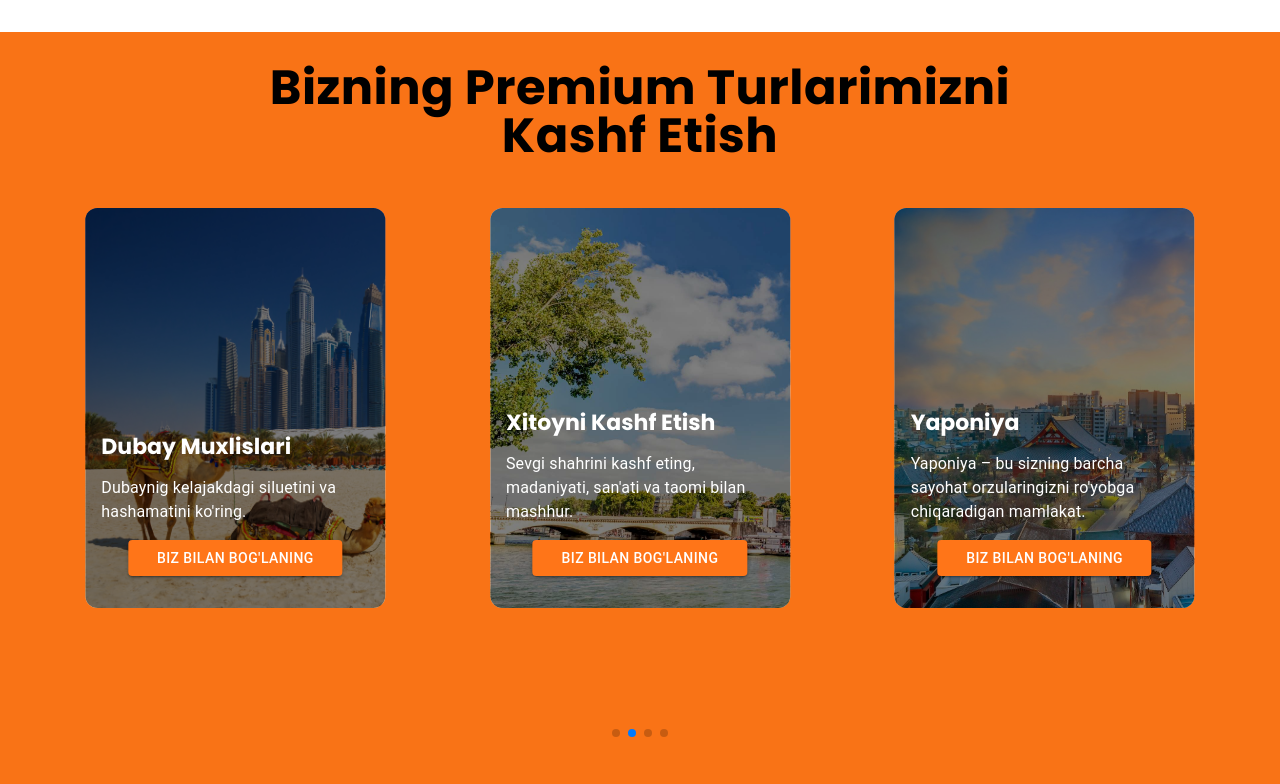
Repository: OgabekErkinov/i-am-tourist
Page: /
An editor plug-in stored every save of this project. The page is shown before and after the next save, followed by the edit.
The browser window is 1280 px wide. The pictures show the whole page.
The project was rebuilt for these pictures with package versions that can differ from the ones it lists, and the page was loaded fresh each time. Also part of the build but not shown: vite.config.js, src/components/navbar/LightDarkButton.jsx, src/I18/i18.js, src/components/navbar/languages/LanguageButton.jsx, src/components/navbar/NavbarItem.jsx, src/components/navbar/SocialNetworks.jsx, src/components/navbar/Logo.jsx, src/components/navbar/SectionsLinks.jsx and 7 more.

Above is the page before, as saved 2024-12-24 16:07:36.

### index.html
<!doctype html>
<html lang="en">
  <head>
    <meta charset="UTF-8" />
    <link rel="icon" type="image/svg+xml" href="https://www.ifly.com.uz/assets/logo-BPA5zOgc.png" />
    <meta name="viewport" content="width=device-width, initial-scale=1.0" />
    <link rel="preconnect" href="https://fonts.googleapis.com">
    <link rel="preconnect" href="https://fonts.gstatic.com" crossorigin>
    <link href="https://fonts.googleapis.com/css2?family=Poppins:ital,wght@0,100;0,200;0,300;0,400;0,500;0,600;0,700;0,800;0,900;1,100;1,200;1,300;1,400;1,500;1,600;1,700;1,800;1,900&display=swap" rel="stylesheet">
    <title>iFLY.com</title>
  </head>
  <body>
    <div id="root"></div>
    <script type="module" src="/src/main.jsx"></script>
  </body>
</html>

### src/index.css
/* Universal Reset */
* {
  margin: 0;
  padding: 0;
  box-sizing: border-box;
}


/* Root Container */
#root {
  max-width: 1900px;
  margin: 0 auto;
  display: flex;
  flex-direction: column;
  align-items: center;
  justify-content: center;
  font-family: 'Poppins';
  box-sizing: border-box;
}

### src/App.jsx
import { Stack } from "@mui/material"
import Header from "./components/header/Header"
import Main from "./components/main/Main"

function App() {


  return (
    <Stack width='100%'
           height='auto'
           alignItems='center'
           gap='1rem'>
        <Header/>
        <Main/>
    </Stack>



  )
}

export default App

### src/components/header/Header.jsx
import { Box, Stack } from '@mui/material';
import Navbar from '../navbar/Navbar';
import Slider from './Slider';
import React from 'react';
import Cards from '../cards/Cards';

const Header = () => {
  return (
    <Stack height="auto"
           width='100%'
           gap="2rem"
           marginBottom='1rem'
           boxSizing="border-box">
             <Stack width="100%"
                    height="auto"
                    alignItems='center'>
                         {/* <Box width="100%"
                              height="10vh"
                              bgcolor="transparent">
                        </Box> */}
                        {/* <Navbar /> */}
                        {/* <Slider /> */}
               </Stack>
               {/* <Cards /> */}
    </Stack>
  );
}

export default Header;

### src/components/main/Main.jsx
import { Stack } from '@mui/material'
import React from 'react'
import PremiumTours from '../premium/PremiumTours'
import TourPlaces from '../tourPlaces/TourPlaces'
import About from '../about/About'

const Main = () => {
  return (
    <Stack width={'100%'}
           height={'auto'}
           alignItems={'center'}
           gap='1rem'>
        <PremiumTours/>
        {/* <TourPlaces/> */}
        {/* <About/> */}

    </Stack>
  )
}

export default Main

### src/components/premium/PremiumTours.jsx
import React from 'react';
import { Stack, Typography, Box } from '@mui/material';
import 'swiper/css';
import 'swiper/css/effect-fade';
import 'swiper/css/pagination';
import 'swiper/css/autoplay';
import { Swiper, SwiperSlide } from 'swiper/react';
import { Navigation, Pagination, Scrollbar, Autoplay } from 'swiper/modules';
import { premiumToursServices } from '../../Database/db';
import PremiumItem from './PremiumItem';

const PremiumTours = () => {

  return (
    <Stack height={'auto'}
           width={'100%'}
           padding={'2rem 2rem'}
           bgcolor={'#F97316'}
           boxSizing={'border-box'} >
          <Stack height={'100%'}
                 width={'100%'}
                 justifyContent={'space-between'}
                 alignItems={'center'}
                 gap={'2rem'}>
              {/* Title */}
                <Typography fontFamily={'Poppins'}
                            width={'70%'}
                            fontSize={'48px'}
                            lineHeight={'48px'}
                            fontWeight={'bold'}
                            textAlign={'center'}
                            height={'auto'}
                            sx={{
                              '@media (max-width: 900px)': {
                               fontSize: '36px',
                               lineHeight: '40px',
                                },
                              '@media (max-width: 600px)': {
                                fontSize: '24px',
                                lineHeight: '28px',
                                },
                               }}>
                               Bizning Premium Turlarimizni Kashf Etish
                 </Typography>
            {/* Slider */}
                 <Box display={'flex'}
                      alignItems={'center'}
                      justifyContent={'center'}
                      height={'35rem'}
                      width={'100%'}>
                      <Swiper
                          modules={[Navigation, Pagination, Scrollbar, Autoplay]}
                          autoplay={{ delay: 2500, disableOnInteraction: false }}
                          navigation
                          pagination={{ clickable: false }}
                          scrollbar={{ draggable: true }}
                          loop={true}
                          style={{
                               width: '100%',
                               height: '100%',
                               padding : '1rem',
                               display : 'flex',
                               justifyContent : 'center',
                               alignItems : 'center' }}
                          breakpoints={{
                               524: {
                                  slidesPerView: 1,
                                  spaceBetween: 10 },
                               765: {
                                  slidesPerView: 2,
                                  spaceBetween: 20 },
                              1200: {
                                  slidesPerView: 3,
                                  spaceBetween: 30 } }}>
                          {
                           premiumToursServices?.map((tour, idx) => {
                                  return (
                                         <SwiperSlide key={idx}>
                                                 <PremiumItem tour={tour} />
                                           </SwiperSlide>
                                          );  })
                           }
                       </Swiper>
                  </Box>
            </Stack>
    </Stack>
  );
};

export default PremiumTours;

### src/Database/db.js
export const social_medias = [
    {
        id : 1,
        name : 'facebook',
        link : 'https://www.facebook.com',
        pathD : 'M279.14 288l14.22-92.66h-88.91v-60.13c0-25.35 12.42-50.06 52.24-50.06h40.42V6.26S260.43 0 225.36 0c-73.22 0-121.08 44.38-121.08 124.72v70.62H22.89V288h81.39v224h100.17V288z'
    },
    {
        id : 2,
        name : 'twitter',
        url : 'https://www.twitter.com',
        pathD : 'M419.37 151.716c.325 4.548.325 9.097.325 13.645 0 138.72-105.583 298.558-298.558 298.558-59.452 0-114.68-17.219-161.137-47.106 8.447.974 16.568 1.299 25.34 1.299 49.055 0 94.213-16.568 130.274-44.832-46.132-.975-84.792-31.188-98.112-72.772 6.498.974 12.995 1.624 19.818 1.624 9.421 0 18.843-1.3 27.614-3.573-48.081-9.747-84.143-51.98-84.143-102.985v-1.299c13.969 7.797 30.214 12.67 47.431 13.319-28.264-18.843-46.781-51.005-46.781-87.391 0-19.492 5.197-37.36 14.294-52.954 51.655 63.675 129.3 105.258 216.365 109.807-1.624-7.797-2.599-15.918-2.599-24.04 0-57.828 46.782-104.934 104.934-104.934 30.213 0 57.502 12.67 76.67 33.137 23.715-4.548 46.456-13.32 66.599-25.34-7.798 24.366-24.366 44.833-46.132 57.827 21.117-2.273 41.584-8.122 60.426-16.243-14.292 20.791-32.161 39.308-52.628 54.253z'
    },
    {
        id : 3,
        name : 'instagram',
        url : 'https://www.instagram.com/ifly.com.uz',
        pathD : 'M224.1 141c-63.6 0-114.9 51.3-114.9 114.9s51.3 114.9 114.9 114.9S339 319.5 339 255.9 287.7 141 224.1 141zm0 189.6c-41.1 0-74.7-33.5-74.7-74.7s33.5-74.7 74.7-74.7 74.7 33.5 74.7 74.7-33.6 74.7-74.7 74.7zm146.4-194.3c0 14.9-12 26.8-26.8 26.8-14.9 0-26.8-12-26.8-26.8s12-26.8 26.8-26.8 26.8 12 26.8 26.8zm76.1 27.2c-1.7-35.9-9.9-67.7-36.2-93.9-26.2-26.2-58-34.4-93.9-36.2-37-2.1-147.9-2.1-184.9 0-35.8 1.7-67.6 9.9-93.9 36.1s-34.4 58-36.2 93.9c-2.1 37-2.1 147.9 0 184.9 1.7 35.9 9.9 67.7 36.2 93.9s58 34.4 93.9 36.2c37 2.1 147.9 2.1 184.9 0 35.9-1.7 67.7-9.9 93.9-36.2 26.2-26.2 34.4-58 36.2-93.9 2.1-37 2.1-147.8 0-184.8zM398.8 388c-7.8 19.6-22.9 34.7-42.6 42.6-29.5 11.7-99.5 9-132.1 9s-102.7 2.6-132.1-9c-19.6-7.8-34.7-22.9-42.6-42.6-11.7-29.5-9-99.5-9-132.1s-2.6-102.7 9-132.1c7.8-19.6 22.9-34.7 42.6-42.6 29.5-11.7 99.5-9 132.1-9s102.7-2.6 132.1 9c19.6 7.8 34.7 22.9 42.6 42.6 11.7 29.5 9 99.5 9 132.1s2.7 102.7-9 132.1z'
    },
    {
        id : 4,
        name : 'linkedIn',
        url : 'https://www.linkedin.com',
        pathD : 'M100.28 448H7.4V148.9h92.88zM53.79 108.1C24.09 108.1 0 83.5 0 53.8a53.79 53.79 0 0 1 107.58 0c0 29.7-24.1 54.3-53.79 54.3zM447.9 448h-92.68V302.4c0-34.7-.7-79.2-48.29-79.2-48.29 0-55.69 37.7-55.69 76.7V448h-92.78V148.9h89.08v40.8h1.3c12.4-23.5 42.69-48.3 87.88-48.3 94 0 111.28 61.9 111.28 142.3V448z'
    },
    {
        id : 5,
        name : 'youtube',
        url : 'https://www.youtube.com',
        pathD : 'M549.655 124.083c-6.281-23.65-24.787-42.276-48.284-48.597C458.781 64 288 64 288 64S117.22 64 74.629 75.486c-23.497 6.322-42.003 24.947-48.284 48.597-11.412 42.867-11.412 132.305-11.412 132.305s0 89.438 11.412 132.305c6.281 23.65 24.787 41.5 48.284 47.821C117.22 448 288 448 288 448s170.78 0 213.371-11.486c23.497-6.321 42.003-24.171 48.284-47.821 11.412-42.867 11.412-132.305 11.412-132.305s0-89.438-11.412-132.305zm-317.51 213.508V175.185l142.739 81.205-142.739 81.201z'
    }
]

export const navLinks = [
    {
        id : 6,
        name : 'Excursions',
        link : '#excursions'
    },
    {
        id : 7,
        name : 'City',
        link : '#city'
    },
    {
        id : 8,
        name : 'About',
        link : '#about'
    },
    {
        id : 9,
        name : 'Contact',
        link : '#contact'
    }
]

export const SliderItems = [
    {
        url : '/malakali.jpg',
        heading : 'Malakali shahar',
        paragraph : "Dunyoning ko'ngilochar poytaxtiga sho'ng'ing."
    },
    {
        url : '/turkiya.jpg',
        heading : 'Sehrli Turkiya',
        paragraph : "Turkiyaning boy tarixi va ajoyib manzaralarini o'rganing."
    },
    {
        url : '/orol.jpg',
        heading : 'Orol chekinishi',
        paragraph : 'Ajoyib orol landshaftlari orasida tinchlikni his eting.'
    },
    {
        url : '/yaponiya.jpg',
        heading : 'Yaponiya',
        paragraph : "Zamonaviy hayot va qadimiy an'analar mamlakati"
    },
    {
        url : '/dubai.jpg',
        heading : "Dubayni kashf eting",
        paragraph : "Birlashgan Arab Amirliklarida hashamat, innovatsiyalar va sarguzashtlarni kashf eting."

    },
    {
        url : '/xitoyni.jpg',
        heading : 'Xitoyni kashf qiling',
        paragraph : "Xitoy: qadimgi tarix, Buyuk devor, innovatsiyalar, jonli madaniyat."
    },
    {
        url : '/tailand.jpg',
        heading : 'Tropik Tailand',
        paragraph : "Chiroyli plyajlarda dam oling va mazali taomlarni tatib ko'ring."
    }
]

export const addBanners = [
    {
        heading : 'Ajoyib plyaj',
        paragraph : 'Zamonaviy plyajlarni kashf eting va quyosh ostida dam oling.'
    },
    {
        heading : "Tog' sarguzashtlari",
        paragraph : "Qiziqarli tog' sayohatiga chiqing va tabiatni o'rganing."
    },
    {
        heading : 'Shahar sayohatlari',
        paragraph : "Qiziqarli tog' sayohatiga chiqing va tabiatni o'rganing."
    }
]

export const languages = [
    {
        lang : "o'zbek",
        flag : '/uzbekistan.png',
        translator : 'uz'
    },
    {
        lang : 'english',
        flag : '/united-states.png',
        translator : 'en'
    },
    {
        lang : 'русский',
        flag : '/russia.png',
        translator : 'ru'
    }
]

export const premiumToursServices = [
    {
        title : 'Tokio Sarguzashtlari',
        paragraph : "Yaponiya yuragida an'ana va texnologiyaning uyg'unligini his eting.",
        image : '/tokioprem.jpg'
    },
    {
        title : 'Dubay Muxlislari',
        paragraph : "Dubaynig kelajakdagi siluetini va hashamatini ko'ring.",
        image : '/dubaipremium.jpg'
    },
    {
        title : 'Xitoyni Kashf Etish',
        paragraph : "Sevgi shahrini kashf eting, madaniyati, san'ati va taomi bilan mashhur.",
        image : '/xitoyprem.jpg'
    },
    {
        title : 'Yaponiya',
        paragraph : "Yaponiya – bu sizning barcha sayohat orzularingizni ro'yobga chiqaradigan mamlakat.",
        image : '/xitoypremium.jpg'
    }
]

export const tourPlaces = [
    {
        image : '/yaponiya.jpg',
        title : 'Tokio, Yaponiya',
        paragraph : "Tokio Yaponiya poytaxti bo'lib, an'anaviy binolarni zamonaviy osmono'parlar bilan birlashtirish."
    },
    {
        image : '/orol.jpg',
        title : 'Orol joyi',
        paragraph : "Shahar shovqinidan uzoqda, tabiatning ajoyib go'zalligida dam oling."
    },
    {
        image : '/dubai.jpg',
        title : 'Dubay, BAA',
        paragraph : "Dubayning hargi skylinesi va hashamatini guvohi boling."
    },
    {
        image : '/vetnam.jpg',
        title : 'Vetnam sarguzashti',
        paragraph : "Vetnamning go'zalligiga kirib boring, rang- barang guruch teraslari va noyob madaniyat bilan tanishing!"
    },
    {
        image : '/maldiv.jpg',
        title : 'Maldivlar',
        paragraph : "Oq qumli plyajlar va toza suvlar bilan tropik jannatda dam oling. Hashamatli kurortlar va ajoyib suv osti dunyosidan zavq oling!"
    },
    {
        image : '/tailand.jpg',
        title : 'Tropik Tailand',
        paragraph : "Tailand chiroyli orollari, ko'chada oziq-ovqat va boy madaniyat merosi bilan mashhur."
    },
    {
        image : '/turkiya.jpg',
        title : "Mo'jizaviy Turkiya",
        paragraph : "Turkiyaning boy tarixini va go'zal manzaralarini kashf eting."
    }
]

export const services = [
    {
        pathD : 'M480 192H365.71L260.61 8.06A16.014 16.014 0 0 0 246.71 0h-65.5c-10.63 0-18.3 10.17-15.38 20.39L214.86 192H112l-43.2-57.6c-3.02-4.03-7.77-6.4-12.8-6.4H16.01C5.6 128-2.04 137.78.49 147.88L32 256 .49 364.12C-2.04 374.22 5.6 384 16.01 384H56c5.04 0 9.78-2.37 12.8-6.4L112 320h102.86l-49.03 171.6c-2.92 10.22 4.75 20.4 15.38 20.4h65.5c5.74 0 11.04-3.08 13.89-8.06L365.71 320H480c35.35 0 96-28.65 96-64s-60.65-64-96-64z',
        title : 'Xalqaro Sayohat',
        paragraph : "Dunyodagi eng go'zal joylarga sayohatlarni tashkil etamiz.",
        color : 'blue'
    },
    {
        icon : 'M560 64c8.84 0 16-7.16 16-16V16c0-8.84-7.16-16-16-16H16C7.16 0 0 7.16 0 16v32c0 8.84 7.16 16 16 16h15.98v384H16c-8.84 0-16 7.16-16 16v32c0 8.84 7.16 16 16 16h240v-80c0-8.8 7.2-16 16-16h32c8.8 0 16 7.2 16 16v80h240c8.84 0 16-7.16 16-16v-32c0-8.84-7.16-16-16-16h-16V64h16zm-304 44.8c0-6.4 6.4-12.8 12.8-12.8h38.4c6.4 0 12.8 6.4 12.8 12.8v38.4c0 6.4-6.4 12.8-12.8 12.8h-38.4c-6.4 0-12.8-6.4-12.8-12.8v-38.4zm0 96c0-6.4 6.4-12.8 12.8-12.8h38.4c6.4 0 12.8 6.4 12.8 12.8v38.4c0 6.4-6.4 12.8-12.8 12.8h-38.4c-6.4 0-12.8-6.4-12.8-12.8v-38.4zm-128-96c0-6.4 6.4-12.8 12.8-12.8h38.4c6.4 0 12.8 6.4 12.8 12.8v38.4c0 6.4-6.4 12.8-12.8 12.8h-38.4c-6.4 0-12.8-6.4-12.8-12.8v-38.4zM179.2 256h-38.4c-6.4 0-12.8-6.4-12.8-12.8v-38.4c0-6.4 6.4-12.8 12.8-12.8h38.4c6.4 0 12.8 6.4 12.8 12.8v38.4c0 6.4-6.4 12.8-12.8 12.8zM192 384c0-53.02 42.98-96 96-96s96 42.98 96 96H192zm256-140.8c0 6.4-6.4 12.8-12.8 12.8h-38.4c-6.4 0-12.8-6.4-12.8-12.8v-38.4c0-6.4 6.4-12.8 12.8-12.8h38.4c6.4 0 12.8 6.4 12.8 12.8v38.4zm0-96c0 6.4-6.4 12.8-12.8 12.8h-38.4c-6.4 0-12.8-6.4-12.8-12.8v-38.4c0-6.4 6.4-12.8 12.8-12.8h38.4c6.4 0 12.8 6.4 12.8 12.8v38.4z',
        title : 'Qulay Mehmonxonalar',
        paragraph : " Eng yaxshi va eng qulay mehmonxonalar bilan qoling.",
        color : 'green'
    },
    {
        icon : 'M416 320h-96c-17.6 0-32-14.4-32-32s14.4-32 32-32h96s96-107 96-160-43-96-96-96-96 43-96 96c0 25.5 22.2 63.4 45.3 96H320c-52.9 0-96 43.1-96 96s43.1 96 96 96h96c17.6 0 32 14.4 32 32s-14.4 32-32 32H185.5c-16 24.8-33.8 47.7-47.3 64H416c52.9 0 96-43.1 96-96s-43.1-96-96-96zm0-256c17.7 0 32 14.3 32 32s-14.3 32-32 32-32-14.3-32-32 14.3-32 32-32zM96 256c-53 0-96 43-96 96s96 160 96 160 96-107 96-160-43-96-96-96zm0 128c-17.7 0-32-14.3-32-32s14.3-32 32-32 32 14.3 32 32-14.3 32-32 32z',
        title : "Maxsus yo'nalishlar",
        paragraph : "Har bir mijoz uchun individual yo'nalishlarni yaratamiz.",
        color : 'orange'
    },
    {
        icon : 'M192 256c61.9 0 112-50.1 112-112S253.9 32 192 32 80 82.1 80 144s50.1 112 112 112zm76.8 32h-8.3c-20.8 10-43.9 16-68.5 16s-47.6-6-68.5-16h-8.3C51.6 288 0 339.6 0 403.2V432c0 26.5 21.5 48 48 48h288c26.5 0 48-21.5 48-48v-28.8c0-63.6-51.6-115.2-115.2-115.2zM480 256c53 0 96-43 96-96s-43-96-96-96-96 43-96 96 43 96 96 96zm48 32h-3.8c-13.9 4.8-28.6 8-44.2 8s-30.3-3.2-44.2-8H432c-20.4 0-39.2 5.9-55.7 15.4 24.4 26.3 39.7 61.2 39.7 99.8v38.4c0 2.2-.5 4.3-.6 6.4H592c26.5 0 48-21.5 48-48 0-61.9-50.1-112-112-112z',
        title : "Malakali yo'riqchilar",
        paragraph : " Har bir mijoz uchun individual yo'nalishlarni yaratamiz.",
        color : 'violet'
    }

]

### src/components/premium/PremiumItem.jsx
import { Box, Button, Stack, Typography } from '@mui/material';
import React from 'react';

const PremiumItem = ({ tour }) => {
  return (
    <Box height="25rem"
         display="flex"
         justifyContent="center"
         alignItems="center"
         borderRadius="12px"
         overflow="hidden"
         position="relative"
         sx={{
             transition : '0.3s',
             backgroundImage: `url(${tour?.image})`,
             backgroundSize: 'cover',
             '@media(min-width : 300px)' : {
                         width : '300px',
                         marginX : 'auto'  },
             '@media(min-width : 524px)' : {
                         width : '300px' },
              '&:hover' : {
                transform : 'scale(1.1)',
                transition : '0.3s',
              } }} >
         <Stack height="100%"
                width="100%"
                padding="2rem 0"
                boxSizing="border-box"
                borderRadius="12px"
                alignItems="center"
                bgcolor="rgba(0, 0, 0, 0.5)"
                position="absolute"
                zIndex={1}
                sx={{
                  '@media(min-width : 300px)' : {
                         justifyContent : 'center',
                         alignItems : 'center',
                         paddingX : '1rem',
                         gap : '1rem' },
                  '@media(min-width : 524px)' : {
                         justifyContent : 'flex-end',
                         alignItems : 'start' } }} >
                 <Typography variant="h3"
                             sx={{
                               fontWeight: 'bold',
                               fontFamily: 'Poppins',
                               color: 'white',
                               textAlign: 'start',
                               paddingRight: '10px',
                               margin: 0,
                               width: 'auto',
                              '@media (min-width: 300px)': {
                                      fontSize: '18px'  },
                              '@media (min-width : 524px)' : {
                                      fontSize : '22px'  }  }}  >
                               {tour.title}
                  </Typography>
                  <Typography width="auto"
                              sx={{
                                color: 'white',
                                textAlign: 'start',
                               '@media (min-width: 300px)': {
                                        fontSize: '12px',
                                        height : 'auto',
                                        textAlign : 'center' },
                                '@media (min-width : 524px)' : {
                                        fontSize : '16px',
                                        textAlign : 'start' } }}>
                                        {tour.paragraph}
                   </Typography>
                   <Button variant="contained"
                           sx={{
                              color: 'white',
                              backgroundColor: '#FF7518',
                              width : '80%',
                              margin : '0 auto' }}>
                           Biz bilan bog'laning
                  </Button>
      </Stack>
    </Box>
  );
};

export default PremiumItem;

Loaded but not shown: src/main.jsx (common file)

After the next save:
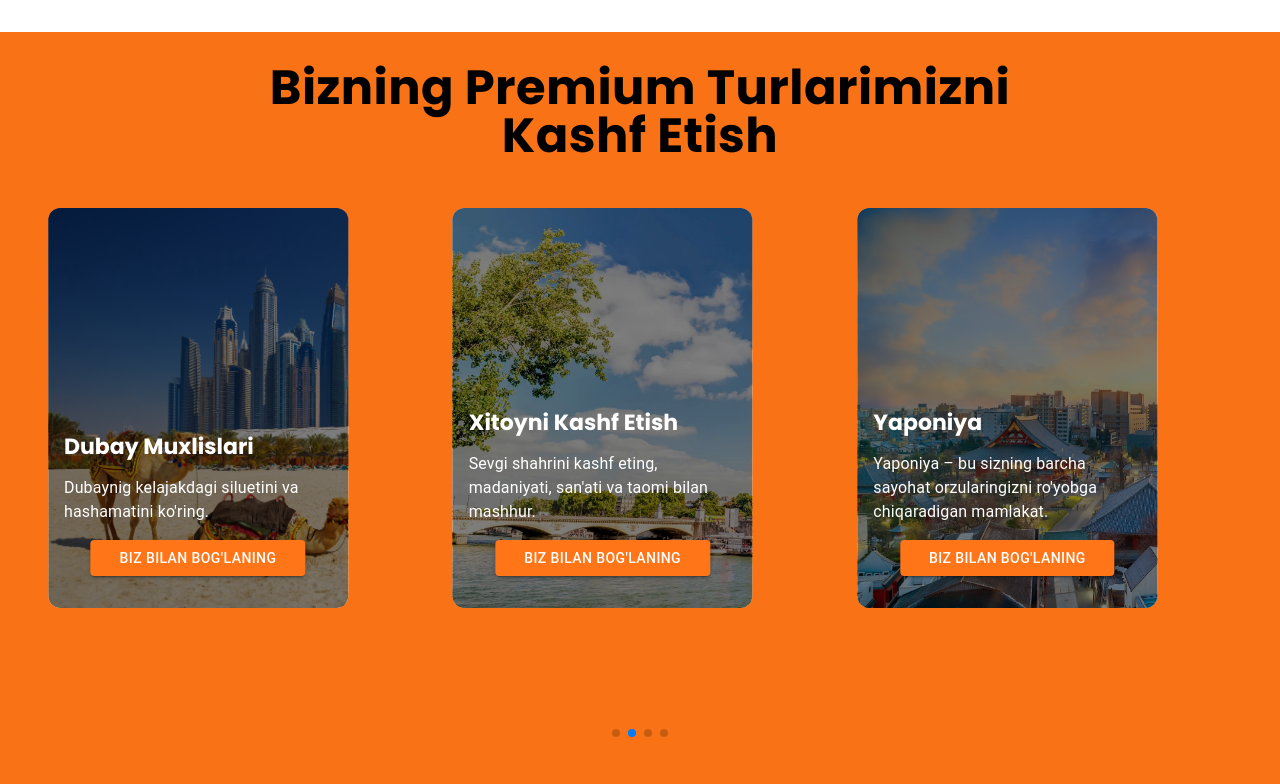
Saved 54 s later.
--- a/src/components/premium/PremiumItem.jsx
+++ b/src/components/premium/PremiumItem.jsx
@@ -14,7 +14,7 @@ const PremiumItem = ({ tour }) => {
              transition : '0.3s',
              backgroundImage: `url(${tour?.image})`,
              backgroundSize: 'cover',
-             '@media(min-width : 300px)' : {
+             '@media(max-width : 300px)' : {
                          width : '300px',
                          marginX : 'auto'  },
              '@media(min-width : 524px)' : {
